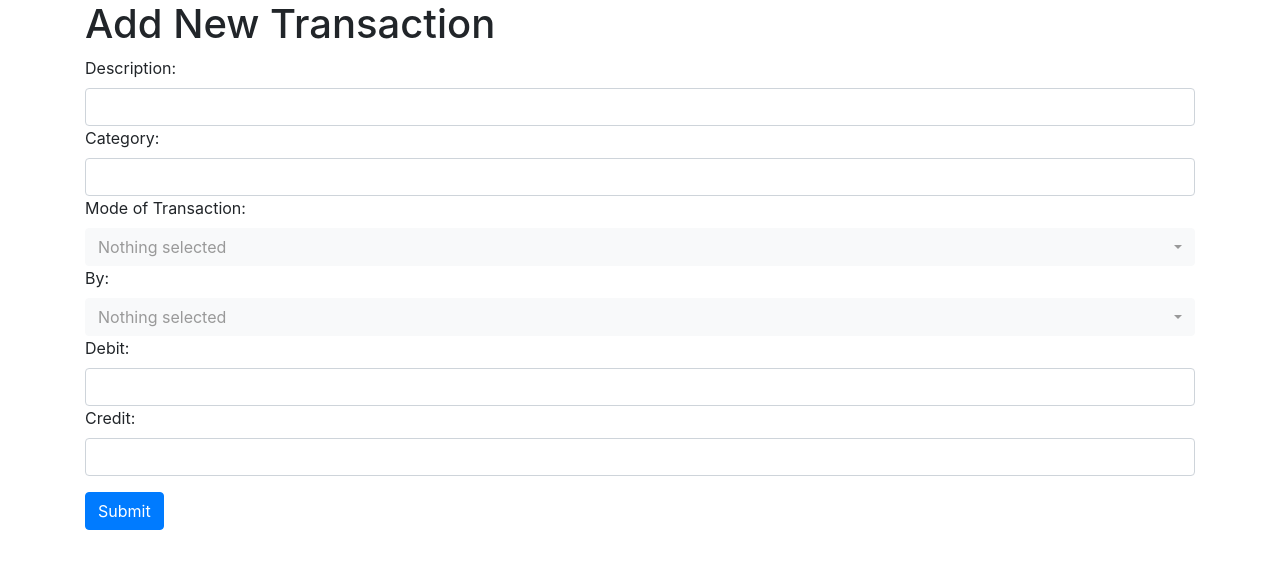
Repository: yucheng91/CI3-expenses-manager
Page: http://localhost/new-transaction/
The author's editor kept a record of every edit. The page is drawn from the files as they stood at one moment, then again after the next edit.
The browser window is 1280 px wide. The pictures show the whole page.
The page is served by the project's application, run on Flask 3 (app.py).

Above is the page before.

### templates/new_transaction.html
<!doctype html>
<html lang="en">

<head>
    <!-- Required meta tags -->
    <meta charset="utf-8">
    <meta name="viewport" content="width=device-width, initial-scale=1, shrink-to-fit=no">

    <!-- Bootstrap CSS -->
    <link rel="stylesheet" href="https://stackpath.bootstrapcdn.com/bootstrap/4.3.1/css/bootstrap.min.css" integrity="sha384-ggOyR0iXCbMQv3Xipma34MD+dH/1fQ784/j6cY/iJTQUOhcWr7x9JvoRxT2MZw1T" crossorigin="anonymous">
    <!-- Latest compiled and minified CSS -->
    <link rel="stylesheet" href="https://cdn.jsdelivr.net/npm/bootstrap-select@1.13.10/dist/css/bootstrap-select.min.css">

    <title>Hello, world!</title>
</head>

<body>
    <div class="container">
        <h1>Add New Transaction</h1>
        <form method='post'>
            <class='form-group'>
                <label class='label'>
                      Description:
                  </label>
                <input type='text' class='form-control' name='transaction'>
                <label class='label'>
                      Category:
                  </label>
                <input type='text' class='form-control' name='category'>
                <label class='label'>
                      Mode of Transaction:
                  </label>
                <select name='mode' class='form-control selectpicker' data-live-search="true">
                  {%for d in mode %}
                  <option value='{{ d['id'] }}' {%if d['id'] == modeid %}selected='selected'{%endif%}>{{ d['name'] }}</option>
                       {%endfor%}
              </select>
                <label class='label'>
                      By:
                  </label>
                <select name='by' class='form-control selectpicker' data-live-search="true">
                  {%for d in account %}
                  <option value='{{ d['id'] }}' {%if d['id'] == accountid %}selected='selected'{%endif%}>{{ d['name'] }}</option>
                       {%endfor%}
              </select>
                <label class='label'>
                      Debit:
                  </label>
                <input type='text' class='form-control' name='debit'>
                </class>
                <label class='label'>
                      Credit:
                  </label>
                <input type='text' class='form-control' name='credit'>
                </class>
                <input type='submit' class='btn btn-primary mt-3'>
        </form>
    </div>

    <!-- Optional JavaScript -->
    <!-- jQuery first, then Popper.js, then Bootstrap JS -->
    <script src="https://code.jquery.com/jquery-3.3.1.slim.min.js" integrity="sha384-q8i/X+965DzO0rT7abK41JStQIAqVgRVzpbzo5smXKp4YfRvH+8abtTE1Pi6jizo" crossorigin="anonymous"></script>
    <script src="https://cdnjs.cloudflare.com/ajax/libs/popper.js/1.14.7/umd/popper.min.js" integrity="sha384-UO2eT0CpHqdSJQ6hJty5KVphtPhzWj9WO1clHTMGa3JDZwrnQq4sF86dIHNDz0W1" crossorigin="anonymous"></script>
    <script src="https://stackpath.bootstrapcdn.com/bootstrap/4.3.1/js/bootstrap.min.js" integrity="sha384-JjSmVgyd0p3pXB1rRibZUAYoIIy6OrQ6VrjIEaFf/nJGzIxFDsf4x0xIM+B07jRM" crossorigin="anonymous"></script>
    <!-- Latest compiled and minified JavaScript -->
    <script src="https://cdn.jsdelivr.net/npm/bootstrap-select@1.13.10/dist/js/bootstrap-select.min.js"></script>
</body>

</html>

### app.py
from flask import Flask, render_template, request, redirect, url_for
import os
import pymysql

connection = pymysql.connect(
    host='localhost', # IP address of the database; localhost means "the local machine"
    user="yucheng91",  #the mysql user
    password="coconuty", #the password for the user
    database="expenses" #the name of database we want to use
)

app = Flask(__name__)

@app.route('/home')
def home():
    return render_template('index.html')

@app.route('/viewall')
def viewall():
     cursor = connection.cursor(pymysql.cursors.DictCursor)
     sql = 'SELECT * FROM transaction JOIN categories ON transaction.categoriesid = categories.id JOIN mode ON transaction.modeid = mode.id JOIN account on transaction.accountid = account.id'
     cursor.execute(sql)
     results = []
     for r in cursor:
         results.append(r)
     print(results)
     return render_template('transaction_overview.html', data=results)

@app.route('/new-transaction/', methods=["GET"])
def new_supplier():
    return render_template('new_transaction.html')

@app.route('/new/transaction/', methods=["POST"])
def addtransaction():
    transaction_name = request.form.get("transaction")
    category_name = request.form.get("category")
    mode_name = request.form.get("mode")
    by_name = request.form.get("by")
    debit_name = request.form.get("debit")
    credit_name = request.form.get("credit")
    cursor = connection.cursor(pymysql.cursors.DictCursor)
    sql = "INSERT INTO transaction (description) VALUES ('{}')".format(transaction_name);
    "INSERT INTO categories (name) VALUES ('{}')".format(category_name);
    "INSERT INTO mode (description) VALUES ('{}')".format(mode_name);
    "INSERT INTO account (description) VALUES ('{}')".format(by_name);
    "INSERT INTO transaction (debit) VALUES ('{}')".format(debit_name);
    "INSERT INTO transaction (credit) VALUES ('{}')".format(credit_name);

    cursor.execute(sql)
    connection.commit()

    return "Transaction record has been added"

# "magic code" -- boilerplate
if __name__ == '__main__':
    app.run(host=os.environ.get('IP'),
            port=int(os.environ.get('PORT')),
            debug=True)

After the next edit:
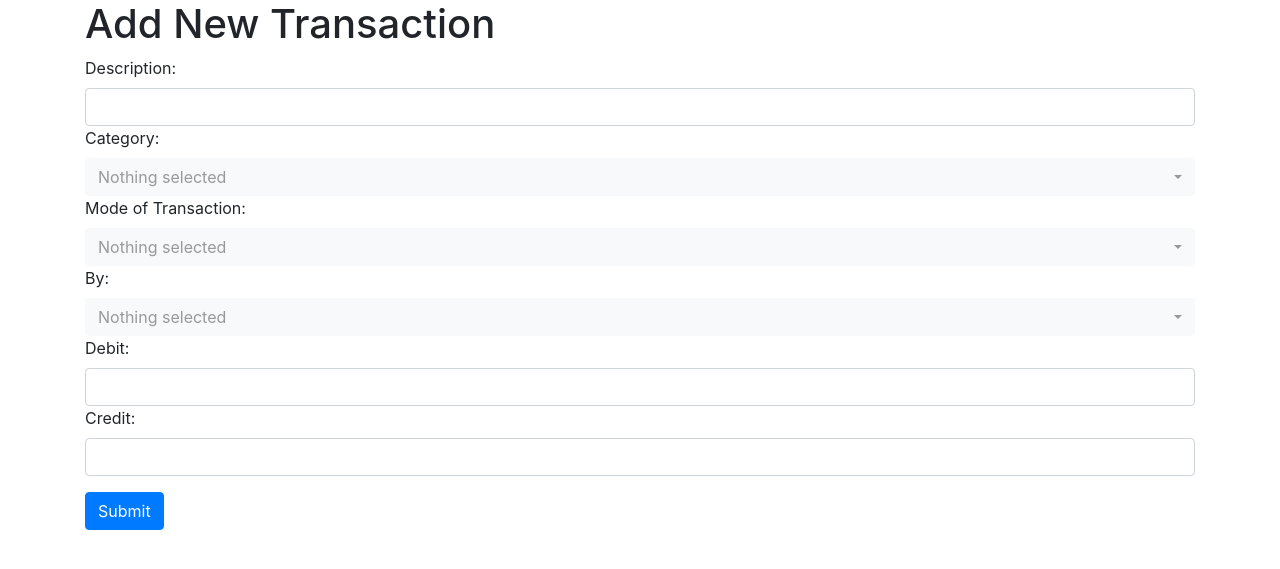
The edit:
--- a/templates/new_transaction.html
+++ b/templates/new_transaction.html
@@ -26,7 +26,11 @@
                 <label class='label'>
                       Category:
                   </label>
-                <input type='text' class='form-control' name='category'>
+                    <select name='category' class='form-control selectpicker' data-live-search="true">
+                          {%for d in categories %}
+                          <option value='{{ d['id'] }}' {%if d['id'] == categoriesid %}selected='selected'{%endif%}>{{ d['name'] }}</option>
+                               {%endfor%}
+                      </select>
                 <label class='label'>
                       Mode of Transaction:
                   </label>
